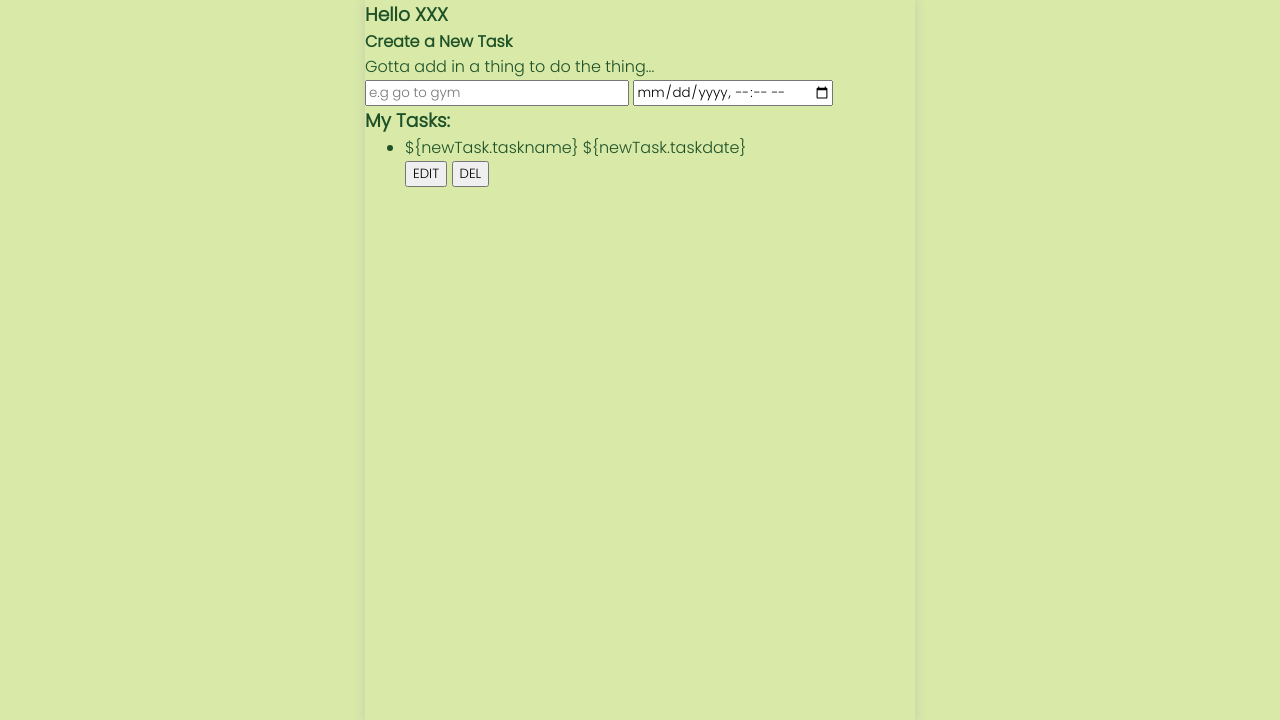
Repository: acidpixie/todo-app-version3
Page: index.html
These files come from the project's save history. The page is drawn as it stood at one moment and after the next save; the edit follows.
The browser window is 1280 px wide. The pictures show the whole page.

Above is the page before, as saved 2022-06-11 15:31:01.

After the next save:
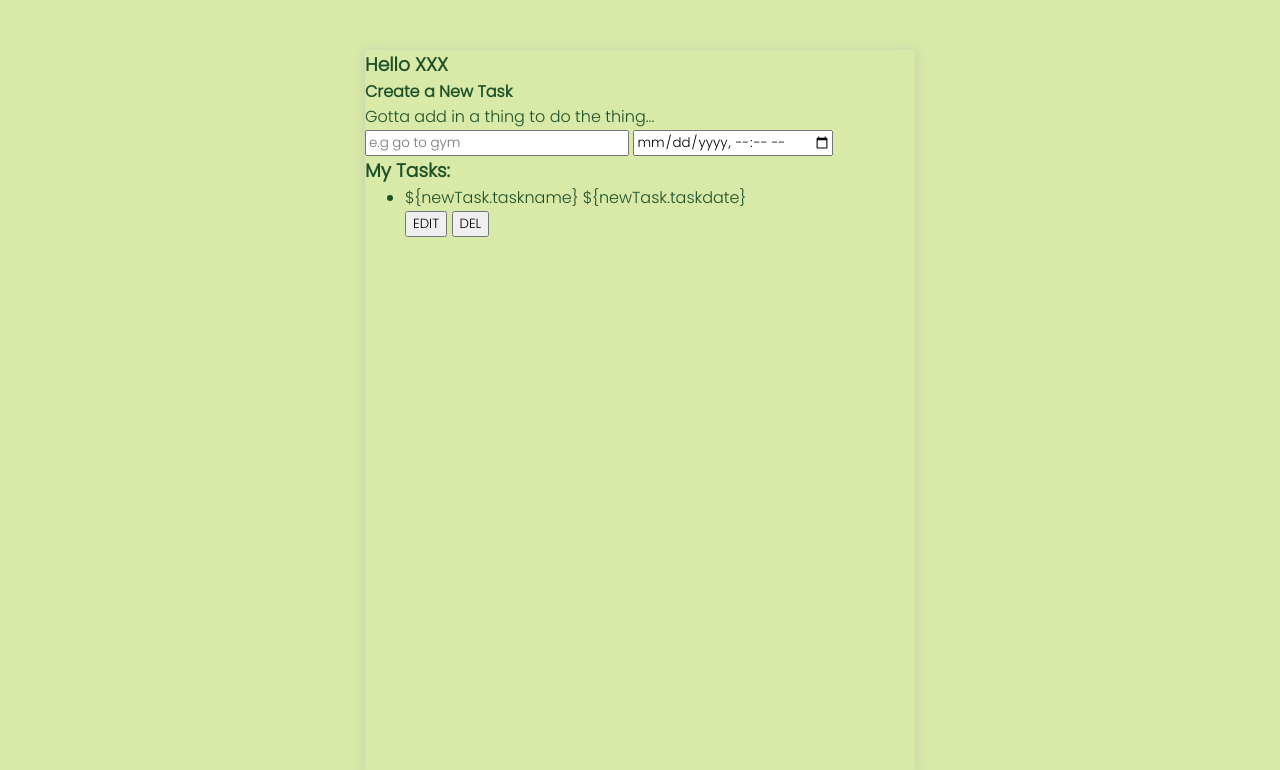
Saved 17 s later.
--- a/css/stylesheet.css
+++ b/css/stylesheet.css
@@ -22,3 +22,7 @@ body {
     box-shadow: 0 1px 10px 0px rgba(176, 173, 173, 0.467);
     position: relative;
 }
+
+.heading {
+    margin-top: 50px;
+}
